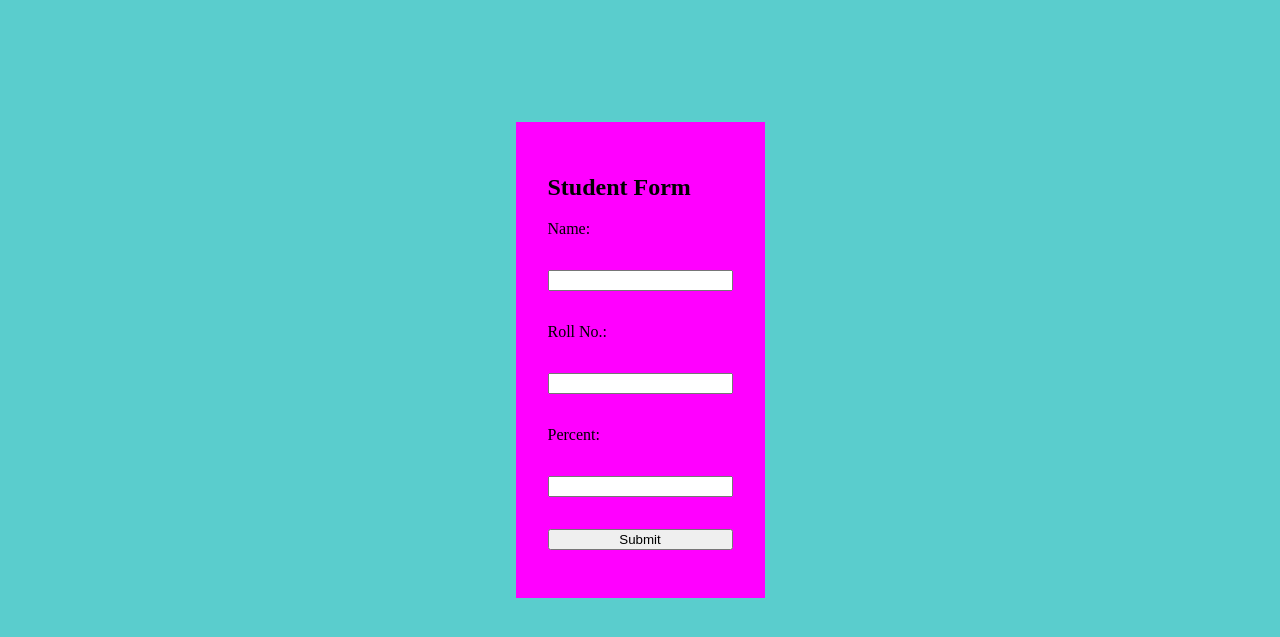
Repository: deeptimahisare1206/Todo_List
Page: http://localhost/Hib_Nest/
The author's editor kept a copy of each file at every save. The page is drawn from the files as they stood at one save, then again after the next save.
The browser window is 1280 px wide. The pictures show the whole page.
The page is served by Tomcat 10. Other server files are loaded and not shown.

Above is the page before, as saved 2024-11-09 10:55:13.

### Hib_Nest/src/main/webapp/index.jsp
<%@ page language="java" contentType="text/html; charset=UTF-8"
	pageEncoding="UTF-8"%>
<html>
<head>
<style>

body {
	display: grid;
	place-items: center;
	background-color: #5acdcd;

}

div{
padding:2rem;
	background-color: fuchsia;
}
form{
	display: flex;
	flex-direction: column;
	gap: 2rem;
}
</style>
</head>
<body>
<div>
	<h2>Student Form</h2>

	<form action="Register" method="get">
		<label>Name:</label><input type="text" name="name"><label>Roll
			No.: </label> <input type="number" name="roll"> <label>Percent:
		</label><input type="number" name="percent"> <input type="submit"
			value="Submit">
	</form>
	</div>
</body>
</html>

After the next save:
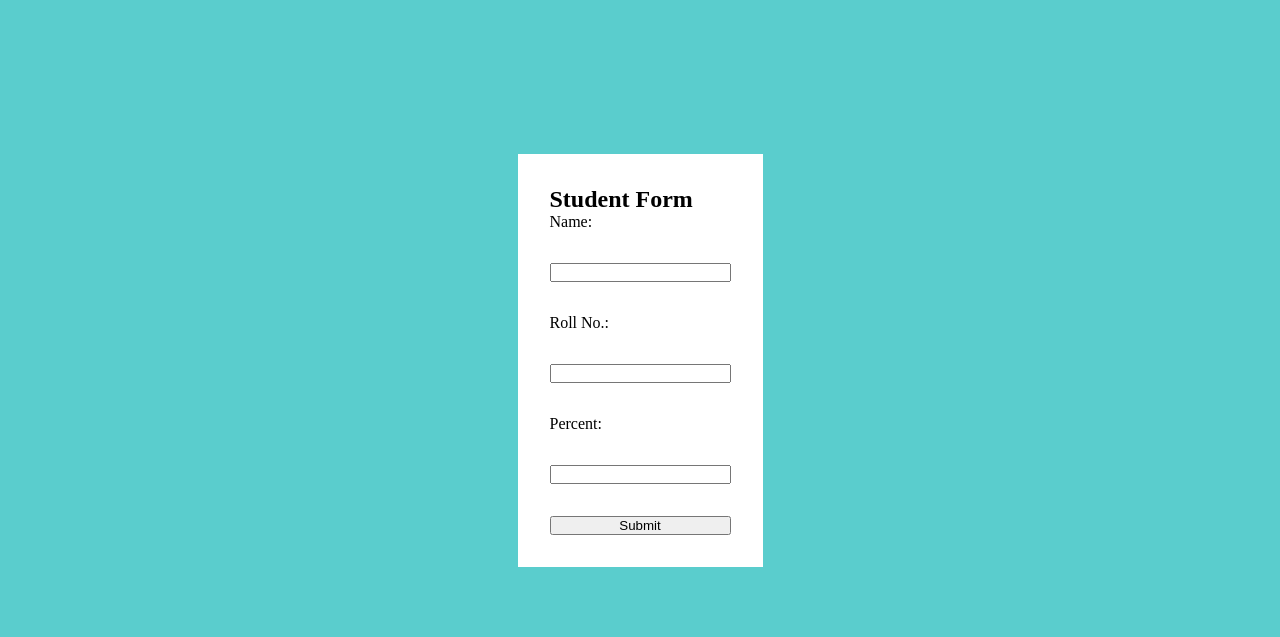
Saved 75 s later.
--- a/Hib_Nest/src/main/webapp/index.jsp
+++ b/Hib_Nest/src/main/webapp/index.jsp
@@ -3,7 +3,12 @@
 <html>
 <head>
 <style>
+*{
+margin:0;
+padding:0;
+box-sizing: border-box;
 
+}
 body {
 	display: grid;
 	place-items: center;
@@ -13,7 +18,7 @@ body {
 
 div{
 padding:2rem;
-	background-color: fuchsia;
+	background-color: white;
 }
 form{
 	display: flex;
